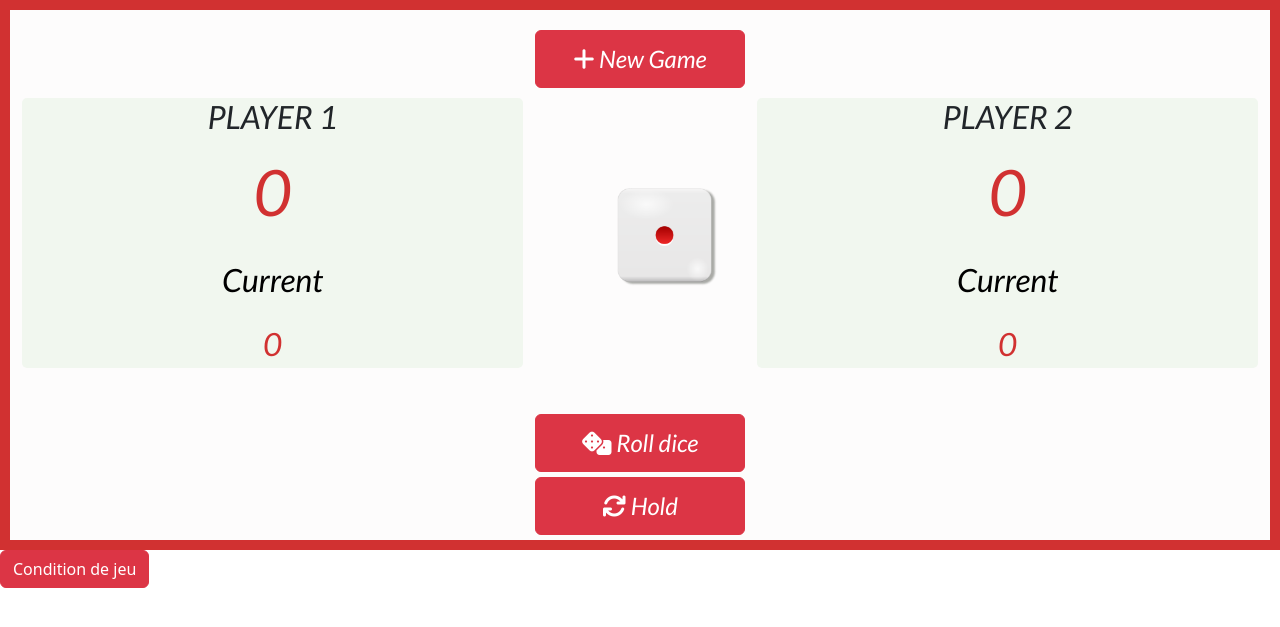
Repository: haifabilel/Eval_JAVASCRIPT
Page: index.html
An editor plug-in stored every save of this project. The page is shown before and after the next save, followed by the edit.
The browser window is 1280 px wide. The pictures show the whole page.
Some web libraries are served in a nearby version.

Above is the page before, as saved 2023-06-06 18:06:58.

### index.html
<!DOCTYPE html>
<html lang="fr">
<head>
    <meta charset="UTF-8">
    <meta http-equiv="X-UA-Compatible" content="IE=edge">
    <meta name="viewport" content="width=device-width, initial-scale=1.0">
    <title>GameEval</title>
    <!-- Bootstrap -->
    <link href="https://cdn.jsdelivr.net/npm/bootstrap@5.3.0-alpha3/dist/css/bootstrap.min.css" rel="stylesheet" integrity="sha384-KK94CHFLLe+nY2dmCWGMq91rCGa5gtU4mk92HdvYe+M/SXH301p5ILy+dN9+nJOZ" crossorigin="anonymous">
    <!-- Bootstrap icons CSS -->
    <link rel="stylesheet" href="https://cdn.jsdelivr.net/npm/bootstrap-icons@1.6.1/font/bootstrap-icons.css">
    <!-- font awesome cdn link-->
    <link rel="stylesheet" href="https://cdnjs.cloudflare.com/ajax/libs/font-awesome/6.3.0/css/all.min.css" integrity="sha512-SzlrxWUlpfuzQ+pcUCosxcglQRNAq/DZjVsC0lE40xsADsfeQoEypE+enwcOiGjk/bSuGGKHEyjSoQ1zVisanQ==" crossorigin="anonymous" referrerpolicy="no-referrer">
    <!-- CSS Link -->
    <link rel="stylesheet" href="style.css">
</head>
<body>
    <div class="container-fluid" >
     <header>
         <button class="btn btn_newGame btn-danger"><i class="fa-solid fa-plus"></i> New Game</button>
    </header>
    <main>
        <div class="row">
            <!-- Player One  -->
            <div class="col-xm-12 col-md-5 mx-auto " >
                <section class="player player_0 player_active">
                    <h2 class="label" id="label_0">PLAYER 1</h2>
                    <p class="score" id="score_0" >0</p>
                    <div class="current">
                        <p class="current_label">Current</p>
                        <p class="current_score" id="current_0">0</p>
                    </div>
                </section>
            </div>
            <!-- Dice image -->
            <div class="col-xm-12 col-md-2 mx-auto">
                <img src="/asset/dice1.png" alt="imageDice" class="dice img-fluid" style="width: 100px;">
            </div>
             <!-- Player Tow  -->
             <div class="col-xm-12 col-md-5 mx-auto ">
                <section class="player player_1">
                    <h2 class="label" id="label_1">PLAYER 2</h2>
                    <p class="score" id="score_1">0</p>
                    <div class="current">
                        <p class="current_label">Current</p>
                        <p class="current_score" id="current_1">0</p>
                    </div>
                </section>
             </div>
        </div>
    </main>
    <!-- Button RollDice -->
    <div class="button_roll">
        <button class="btn btn_roll btn-danger"><i class="fa-solid fa-dice"></i> Roll dice</button>
    </div>
    <div class="button_hold">
        <button class="btn btn_hold btn-danger"><i class="fa-solid fa-arrows-rotate"></i> Hold</button>
    </div>
    </div>
    <button class="btn btn-danger" >Condition de jeu</button>


    <script src="https://code.jquery.com/jquery-3.5.1.slim.min.js" integrity="sha384-DfXdz2htPH0lsSSs5nCTpuj/zy4C+OGpamoFVy38MVBnE+IbbVYUew+OrCXaRkfj" crossorigin="anonymous"></script>
    <script src="https://cdn.jsdelivr.net/npm/popper.js@1.16.0/dist/umd/popper.min.js" integrity="sha384-Q6E9RHvbIyZFJoft+2mJbHaEWldlvI9IOYy5n3zV9zzTtmI3UksdQRVvoxMfooAo" crossorigin="anonymous"></script>
    <script src="https://cdn.jsdelivr.net/npm/bootstrap@5.3.0-alpha3/dist/js/bootstrap.bundle.min.js" integrity="sha384-ENjdO4Dr2bkBIFxQpeoTz1HIcje39Wm4jDKdf19U8gI4ddQ3GYNS7NTKfAdVQSZe" crossorigin="anonymous"></script>
    <script src="script.js"></script>
</body>
</html>

### style.css
@import url('https://fonts.googleapis.com/css2?family=Lato:ital,wght@1,300;1,400;1,700&display=swap');
*{
    font-family: Lato;
}
.container-fluid{
    box-shadow:0.5rem 1 rem rgba(0,0,0,.5);
    background-color: #fdfcfc;
    width:100%;
    height: 100%;
    border: 10px solid  #d13131;

}
.row{
    margin-top:80px;
}
/* Playerss */
.player_0 , .player_1{
    background-color:#d7ecd451;
    text-align:center;
    border-radius:5px;
    margin-top:-70px;

}

/* Current */
.current{

    width:30%;
    font-size:1.5rem;
    border-radius:5%;
    text-align:center;
    margin-left :35%;
    color:black;
    font-size:2rem;
}
/* Scors */
.score{
    color:#d13131;
    font-size:4rem;
}
.current_score{
    color:#d13131;
    font-size:2rem;
}
/* Buttons */
.btn_roll{
    margin-left:41.5%;
    margin-top:30px;
    width:17%;
    font-size:1.5rem;
    padding:10px;

}
.btn_hold{
    padding:10px;
    margin-left:41.5%;
    margin-top:5px;
    margin-bottom:5px;
    width:17%;
    font-size:1.5rem;
}
.btn_newGame{
    margin-top:20px;
    padding: 10px;
    margin-left:41.5%;
    width:17%;
    font-size:1.5rem;
}
.btn_hold:hover{
    transform:scale(1.1);
    background-color:darkred;
    transition: 0.2s;
cursor: pointer;
}
.btn_roll:hover{
    transform:scale(1.1);
    background-color:darkred;
    transition: 0.2s;
cursor: pointer;
}
.btn_newGame:hover{
    transform:scale(1.1);
    background-color:darkred;
    transition: 0.2s;
cursor: pointer;
}

/* Image Dice */
img{
    margin:20px 70px;
}
.hidden{
    display:none;
}
.player_winn{
    background:url(/asset/golden-winners-cup_1284-18399.avif);
    background-size: cover;
    background-position:center;


}
.player_winn1{
    background-color:rgba(228, 129, 129, 0.384);
}
#btnCondition{
    margin-top:30px;
}
/* Mode mobile */
@media screen and (max-width:576px){
    h2{
        font-size:2rem;
    }
    .player_1{
        margin-top:10px;
    }
    .score{
        color:#d13131;
        font-size:2rem;
        margin-top:-10px;
    }
    .current_score{
        margin-top:-10px;
        font-size:1.5rem;
    }
    img{
        width:20px;
        margin-left:37%;
        margin-top:0;
    }
    .btn_roll, .btn_hold, .btn_newGame{
        width:60%;
        padding:5px;
        margin-left:20%;
        margin-top: 5px;
    }
    .current{
        font-size:1.5rem;
        margin-top:-20px;
    }
    #btnCondition{
        display:none;
    }



}

### script.js
//Players
const playerOne = document.getElementById('player_0');
const playerTow = document.getElementById('player_1');
//Score
const score0 = document.getElementById('score_0');
const score1 = document.getElementById('score_1');
//Dice
const dice = document.querySelector('.dice');
//buttons
const buttonRoll = document.querySelector('.btn_roll');
const buttonHold = document.querySelector('.btn_hold');
const buttonNewGame = document.querySelector('.btn_newGame');
//Current
const current0 = document.getElementById('current_0');
const current1 = document.getElementById('current_1');

score0.textContent = 0 ;
score1.textContent = 0 ;


let scores = [0 , 0]
let activePlayer = 0 ;
let currentScore = 0 ;

const switchPlayer = function(){
    document.getElementById(`current_${activePlayer}`).textContent = 0;
    document.querySelector(`.player_${activePlayer}`).classList.remove('player_winn1');
    activePlayer = activePlayer === 0 ? 1 : 0;
    currentScore = 0;
    playerOne.classList.toggle("player_active");
    playerTow.classList.toggle("player_active");




}
//buttonRoll
buttonRoll.addEventListener("click", function() {
    dice.classList.remove("hidden");



    //Generate number 1 to 6
    const diceRandom = Math.floor(Math.random() * 6) + 1;
    dice.src =`/asset/dice${diceRandom}.png`

//   Sound game
const audio = new Audio('/asset/programmation-web_de-2_asset_son.mp3');

const lanseSon = function() {
    audio.play()
}
audio.addEventListener('canplaythrough', lanseSon);

//Rolled
if(diceRandom !==1){
    currentScore += diceRandom;
    document.getElementById(`current_${activePlayer}`).textContent = currentScore;
    document.querySelector(`.player_${activePlayer}`).classList.add('player_winn1');

}else{
    //Switch Player
    switchPlayer();
}
});
//ButtonHold
buttonHold.addEventListener('click',function(){
    scores[activePlayer] += currentScore;
    document.querySelector(`.player_${activePlayer}`).classList.remove('player_winn1');
    document.getElementById(`score_${activePlayer}`).textContent = scores[activePlayer];



    if(scores[activePlayer] >=100){
        document.querySelector(`.player_${activePlayer}`).classList.add('player_winn');
        const audio = new Audio('/asset/tadaa-47995.mp3');

        const lanseSon1 = function() {
            audio.play()
        }
        audio.addEventListener('canplaythrough', lanseSon1);


    }else{
        switchPlayer();
    }
});
//  Button NewGame
buttonNewGame.addEventListener ('click',function(){
    document.location.reload()
 })

After the next save:
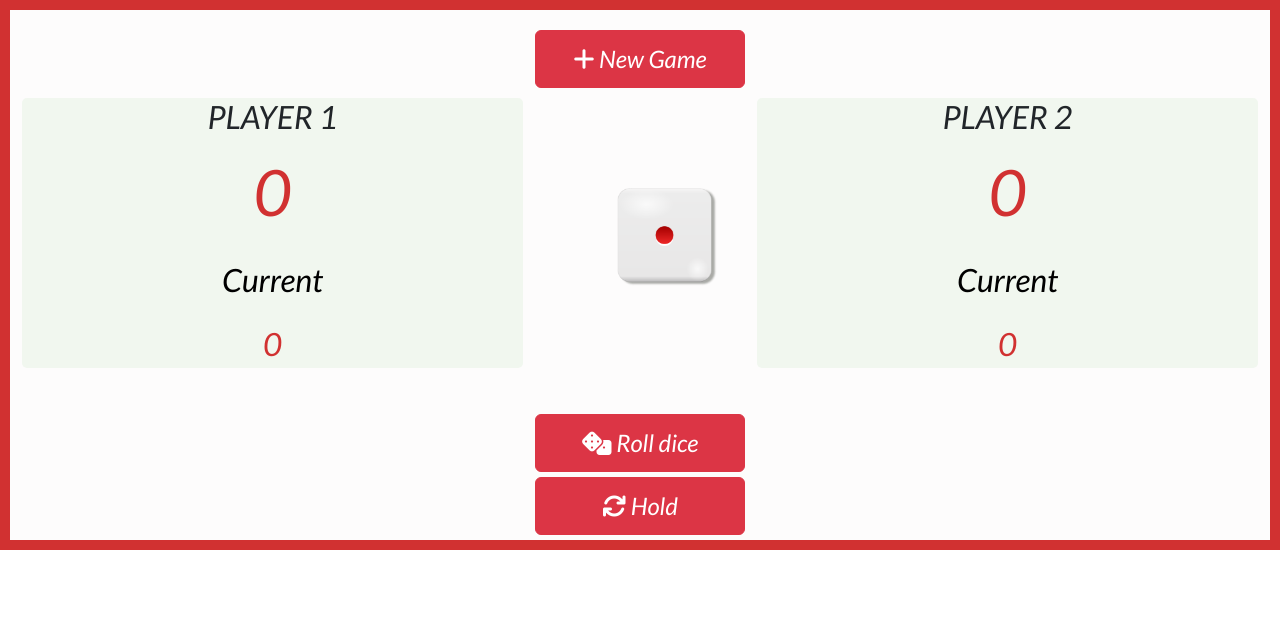
Saved 7 s later.
--- a/index.html
+++ b/index.html
@@ -57,7 +57,6 @@
         <button class="btn btn_hold btn-danger"><i class="fa-solid fa-arrows-rotate"></i> Hold</button>
     </div>
     </div>
-    <button class="btn btn-danger" >Condition de jeu</button>
 
 
     <script src="https://code.jquery.com/jquery-3.5.1.slim.min.js" integrity="sha384-DfXdz2htPH0lsSSs5nCTpuj/zy4C+OGpamoFVy38MVBnE+IbbVYUew+OrCXaRkfj" crossorigin="anonymous"></script>
